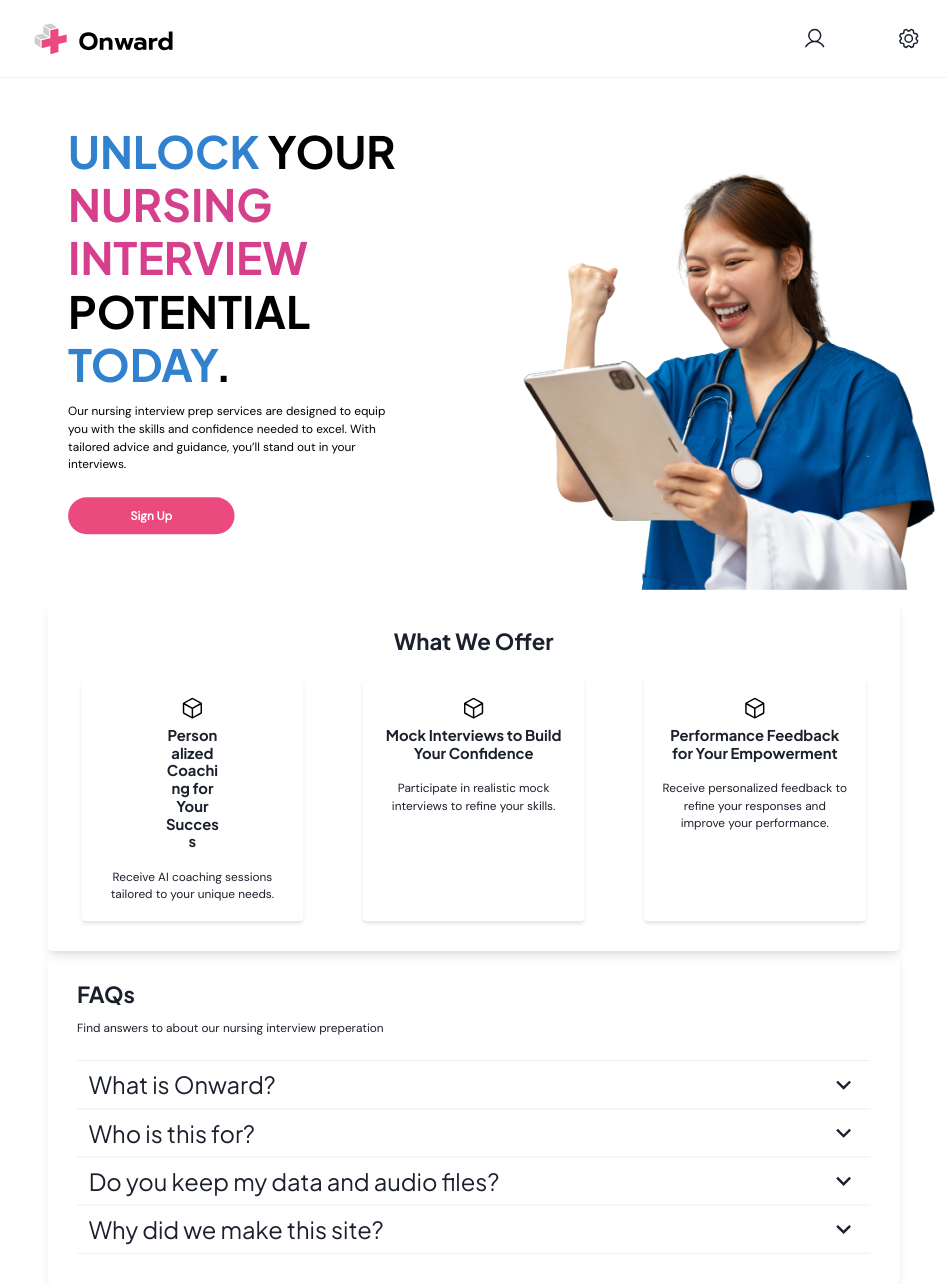
Repository: Aladdin3r/onward
Page: /landing-page
The author's editor kept a copy of each file at every save. The page is drawn from the files as they stood at one save, then again after the next save.
The browser window is 1280 px wide. The pictures show the whole page, at 74% of full size.
The project was rebuilt for these pictures with package versions that can differ from the ones it lists, and the page was loaded fresh each time. The framework's server and built-in components were replaced by stand-ins that run in the browser. Also part of the build but not shown: next.config.mjs, styles/components/AppTopNav.js, styles/components/Layout.js.

Above is the page before, as saved 2024-10-29 02:59:33.

### pages/_app.js
import { ChakraProvider } from "@chakra-ui/react";
import theme from "@/styles/theme";

function MyApp({ Component, pageProps }) {
  return (
    <ChakraProvider theme={theme}>
      <Component {...pageProps} />
    </ChakraProvider>
  );
}

export default MyApp;

### pages/_document.js
import { Html, Head, Main, NextScript } from "next/document";

export default function Document() {
  return (
    <Html lang="en">
      <Head>
        <link
          href="https://fonts.googleapis.com/css2?family=DM+Sans:wght@400&family=Plus+Jakarta+Sans:wght@400;600;700&display=swap"
          rel="stylesheet"
        />
      </Head>
      <body>
        <Main />
        <NextScript />
      </body>
    </Html>
  );
}

### pages/landing-page.js
import {
    Box,
    Flex,
    Heading,
    Text,
    Stack,
    Button,
    Accordion,
    AccordionItem,
    AccordionButton,
    AccordionPanel,
    AccordionIcon,
    Image
} from "@chakra-ui/react";
import Layout from "@/styles/components/Layout";
import TopNav from "@/styles/components/TopNav";
import AppTopNav from "@/styles/components/AppTopNav";
import { useRouter } from 'next/router';

export default function Home() {
    const router = useRouter();

    // Button action function
    const handleSignUp = () => {
        router.push('/signup'); // Navigate to the sign-up page
    };

    return (
        <>
            {/* Hero Section */}
            <TopNav />

            <Flex //hero card
                p={3}
                width="100%"
                mb={0}
                flexDirection="row"
                alignItems="center"
                justifyContent="space-between"
                gap="2rem"  // Adds a gap between text and image
            >

                <Flex //left text
                    flexDirection="column" zIndex={1}
                    ml="20"
                >
                    <Heading
                        fontFamily="heading"
                        fontSize="6xl"
                        fontWeight="bold"
                        width="88%"
                        mb={4}
                    >
                        <Text as="span" color="blue.500">UNLOCK </Text>
                        <Text as="span" color="black">YOUR </Text>
                        <Text as="span" color="pink.500">NURSING INTERVIEW </Text>
                        <Text as="span" color="black">POTENTIAL </Text>
                        <Text as="span" color="blue.500">TODAY</Text>
                        <Text as="span" color="black">. </Text>
                    </Heading>
                    <Text fontFamily="body" fontSize="x" color="black" mb={6} width="78%">
                        Our nursing interview prep services are designed to equip you with the skills and confidence needed to excel. With tailored advice and guidance, you’ll stand out in your interviews.
                    </Text>
                    <Button
                        mt="2"
                        bg="#EA4A7D"
                        color="#FFFFFF"
                        width="50%"
                        height="50px"
                        maxW="225px"
                        fontWeight="semibold"
                        fontSize="16px"
                        borderRadius="full"
                        px="6"
                        mb="6"
                    >
                        Sign Up
                    </Button>
                </Flex>

                <Box width="45%" flexShrink={0}>
                    <Image
                        src="/images/ipad-nurse.png"
                        alt="IPad Nurse"
                        width="100%"
                        height="auto"
                        objectFit="cover"

                    />
                </Box>

            </Flex>



            {/* What We Offer Section */}
            <Box p={10} textAlign="center" borderRadius="md" boxShadow="lg" maxW="90%" mx="auto" >
                <Heading fontFamily="heading" fontSize="3xl" mb={8}>What We Offer</Heading>
                <Flex justify="center" gap={20}>
                    <Stack width="300px" borderRadius="md" boxShadow="md" p={6} textAlign="center" alignItems="center">
                        <svg xmlns="http://www.w3.org/2000/svg" width="32" height="32" fill="#000000" viewBox="0 0 256 256"><path d="M223.68,66.15,135.68,18h0a15.88,15.88,0,0,0-15.36,0l-88,48.17a16,16,0,0,0-8.32,14v95.64a16,16,0,0,0,8.32,14l88,48.17a15.88,15.88,0,0,0,15.36,0l88-48.17a16,16,0,0,0,8.32-14V80.18A16,16,0,0,0,223.68,66.15ZM128,32h0l80.34,44L128,120,47.66,76ZM40,90l80,43.78v85.79L40,175.82Zm96,129.57V133.82L216,90v85.78Z"></path></svg>
                        <Heading width="30%" fontFamily="heading" fontSize="xl" mb={4}>Personalized Coaching for Your Success</Heading>
                        <Text fontFamily="body">
                            Receive AI coaching sessions tailored to your unique needs.
                        </Text>
                    </Stack>
                    <Stack width="300px" borderRadius="md" boxShadow="md" p={6} textAlign="center" alignItems="center">
                        <svg xmlns="http://www.w3.org/2000/svg" width="32" height="32" fill="#000000" viewBox="0 0 256 256"><path d="M223.68,66.15,135.68,18h0a15.88,15.88,0,0,0-15.36,0l-88,48.17a16,16,0,0,0-8.32,14v95.64a16,16,0,0,0,8.32,14l88,48.17a15.88,15.88,0,0,0,15.36,0l88-48.17a16,16,0,0,0,8.32-14V80.18A16,16,0,0,0,223.68,66.15ZM128,32h0l80.34,44L128,120,47.66,76ZM40,90l80,43.78v85.79L40,175.82Zm96,129.57V133.82L216,90v85.78Z"></path></svg>
                        <Heading fontFamily="heading" fontSize="xl" mb={4}>Mock Interviews to Build Your Confidence</Heading>
                        <Text fontFamily="body">
                            Participate in realistic mock interviews to refine your skills.
                        </Text>
                    </Stack>
                    <Stack width="300px" borderRadius="md" boxShadow="md" p={6} textAlign="center" alignItems="center">
                        <svg xmlns="http://www.w3.org/2000/svg" width="32" height="32" fill="#000000" viewBox="0 0 256 256"><path d="M223.68,66.15,135.68,18h0a15.88,15.88,0,0,0-15.36,0l-88,48.17a16,16,0,0,0-8.32,14v95.64a16,16,0,0,0,8.32,14l88,48.17a15.88,15.88,0,0,0,15.36,0l88-48.17a16,16,0,0,0,8.32-14V80.18A16,16,0,0,0,223.68,66.15ZM128,32h0l80.34,44L128,120,47.66,76ZM40,90l80,43.78v85.79L40,175.82Zm96,129.57V133.82L216,90v85.78Z"></path></svg>
                        <Heading fontFamily="heading" fontSize="xl" mb={4}>Performance Feedback for Your Empowerment</Heading>
                        <Text fontFamily="body">
                            Receive personalized feedback to refine your responses and improve your performance.
                        </Text>
                    </Stack>
                </Flex>
            </Box>

            {/* FAQ Section */}
            <Box p={10} borderRadius="md" boxShadow="lg" maxW="90%" mx="auto">
                <Heading fontFamily="heading" fontSize="3xl" textAlign="left" mb={4}>FAQs</Heading>
                <Text fontFamily="body" fontSize="s" textAlign="left" mb={8}>
                    Find answers to about our nursing interview preperation
                </Text>
                <Accordion allowToggle>
                    <AccordionItem>
                        <h2>
                            <AccordionButton>
                                <Box as="span" flex="1" textAlign="left" fontFamily="heading">What is Onward?</Box>
                                <AccordionIcon />
                            </AccordionButton>
                        </h2>
                        <AccordionPanel pb={4} fontFamily="body">
                            Onward is an AI-powered personal interview coach designed for nurses to enhance their job interview skills.
                        </AccordionPanel>
                    </AccordionItem>
                    <AccordionItem>
                        <h2>
                            <AccordionButton>
                                <Box as="span" flex="1" textAlign="left" fontFamily="heading">Who is this for?</Box>
                                <AccordionIcon />
                            </AccordionButton>
                        </h2>
                        <AccordionPanel pb={4} fontFamily="body">
                            This service is designed for nurses, especially those new to the Canadian healthcare system.
                        </AccordionPanel>
                    </AccordionItem>
                    <AccordionItem>
                        <h2>
                            <AccordionButton>
                                <Box as="span" flex="1" textAlign="left" fontFamily="heading">Do you keep my data and audio files?</Box>
                                <AccordionIcon />
                            </AccordionButton>
                        </h2>
                        <AccordionPanel pb={4} fontFamily="body">
                            Yes, we securely store data as per our privacy policy to enhance your interview coaching experience.
                        </AccordionPanel>
                    </AccordionItem>
                    <AccordionItem>
                        <h2>
                            <AccordionButton>
                                <Box as="span" flex="1" textAlign="left" fontFamily="heading">Why did we make this site?</Box>
                                <AccordionIcon />
                            </AccordionButton>
                        </h2>
                        <AccordionPanel pb={4} fontFamily="body">
                            Onward aims to empower nurses by providing interview preparation tools tailored to their needs.
                        </AccordionPanel>
                    </AccordionItem>
                </Accordion>
            </Box>
        </>
    );
}

### styles/theme.js
import { extendTheme } from "@chakra-ui/react";
import { theme as chakraTheme } from "@chakra-ui/react";
import Button from './components/Button';
import { Stepper } from "@chakra-ui/react";

const fonts = {
    ...chakraTheme.fonts,
    body: "DM Sans",
    heading: "Plus Jakarta Sans",
}

const overrides = {
    ...chakraTheme,
    fonts,
    components: {
        Button: {
            ...Button,
        },
    },
    fontWeights: {
        normal: 400,
        medium: 500,
        bold: 700,
    },
    fontSizes: {
        xxs: "14pt",
        xs: "16pt",
        sm: "20pt",
        md: "24pt",
        lg: "32pt",
    },
    colors: {
       brand: {
        blushPink: "#EA4A7D",
        pastelBlue: "#CBD5FF",
        blueberryCreme: "#EBEFFF",
        frostWhite: "#FAFAFA",
        nightBlack: "#1f1f1f",
        platinum: "#e2e2e2",
        confirmationGreen: "#61CD3D",
        imperialRed: "EA4A4D",
        canaryYellow: "#EAE84A",
        oceanBlue: "#214DDF",
        pureWhite: "#FFFFFF"
        }
    },
    styles: {
        global: {
            body: {
                bg: "frostWhite",
            },
        },
    },
}

const customTheme = extendTheme(overrides);

export default customTheme;

### styles/components/TopNav.js
'use client'
import {
    Box,
    Flex,
    useColorModeValue,
    IconButton,
    Image,
    Link,
} from "@chakra-ui/react";
import { User, Gear } from "@phosphor-icons/react";

export default function TopNav() {
    const bgColor = useColorModeValue('#fff', 'brand.nightBlack');

    return (
        <Box bg={bgColor} px={4} borderBottom="1px solid #E6EAF2">
            <Flex h={"104px"} alignItems={'center'} justifyContent={'space-between'}>
                <Box fontSize={{ base: 'md', md: 'lg' }}>
                    <Link href="/">
                        <Image src="logo.svg" boxSize="253px" alt="Onward Logo" style={{ padding: "30px" }} />
                    </Link>
                </Box>
                <Flex alignItems={'center'}>
                    <Link href="/user">
                        <IconButton
                            aria-label="User settings"
                            icon={<User />}
                            variant="ghost"
                            mr="55px"
                        />
                    </Link>
                    <Link href="/settings">
                        <IconButton
                            aria-label="Settings"
                            icon={<Gear />}
                            variant="ghost"
                        />
                    </Link>
                </Flex>
            </Flex>
        </Box>
    );
}

### styles/components/Button.js
const Button = {
    baseStyle: {
      display: 'flex',
      borderRadius: '999px',
      fontFamily: 'DM Sans',
      _hover: {
        boxShadow: '0px 4px 4px 0px rgba(0, 0, 0, 0.45)',
      },
      padding: 3,
    },
    sizes: {
      xs: {
        fontSize: ['12pt', '14pt', '16pt'], // Responsive font sizes for xs
        px: [2, 3], // Responsive padding
      },
      sm: {
        fontSize: ['14pt', '16pt', '20pt'],
        px: [2, 4],
      },
      md: {
        fontSize: ['16pt', '20pt', '24pt'],
        px: [3, 5],
      },
      lg: {
        fontSize: ['20pt', '28pt', '32pt'],
        px: [4, 6],
      },
    },
    variants: {
      lgPrimary: {
        bg: 'brand.blushPink',
        color: 'brand.frostWhite',
        width: ['100%', '325px'], // 100% width on smaller screens
        height: '72px',
        fontSize: ['20pt', '28pt', '32pt'], // Responsive font size
        borderRadius: '999px',
      },
      mdPrimary: {
        bg: 'brand.blushPink',
        color: 'brand.frostWhite',
        width: ['100%', '225px'],
        height: '72px',
        fontSize: ['16pt', '20pt', '24pt'],
        borderRadius: '999px',
      },
      smPrimary: {
        bg: 'brand.blushPink',
        color: 'brand.frostWhite',
        width: ['100%', '150px'],
        height: '64px',
        fontSize: ['14pt', '16pt', '20pt'],
        borderRadius: '999px',
      },
      xsPrimary: {
        bg: 'brand.blushPink',
        color: 'brand.frostWhite',
        width: ['100%', '117px'],
        height: '32px',
        fontSize: ['12pt', '14pt', '18pt'],
        borderRadius: '999px',
      },
      lgSecondary: {
        bg: 'brand.platinum',
        color: 'brand.nightBlack',
        width: ['100%', '325px'],
        height: '72px',
        fontSize: ['20pt', '28pt', '32pt'],
        borderRadius: '999px',
        _hover: {
          bg: 'brand.blushPink',
          color: 'brand.frostWhite',
          boxShadow: '0px 4px 4px 0px rgba(0, 0, 0, 0.45)',
        },
      },
      mdSecondary: {
        bg: 'brand.platinum',
        color: 'brand.nightBlack',
        width: ['100%', '225px'],
        height: '72px',
        fontSize: ['16pt', '20pt', '24pt'],
        borderRadius: '999px',
        _hover: {
          bg: 'brand.blushPink',
          color: 'brand.frostWhite',
          boxShadow: '0px 4px 4px 0px rgba(0, 0, 0, 0.45)',
        },
      },
      smSecondary: {
        bg: 'brand.platinum',
        color: 'brand.nightBlack',
        width: ['100%', '150px'],
        height: '64px',
        fontSize: ['14pt', '16pt', '20pt'],
        borderRadius: '999px',
        _hover: {
          bg: 'brand.blushPink',
          color: 'brand.frostWhite',
          boxShadow: '0px 4px 4px 0px rgba(0, 0, 0, 0.45)',
        },
      },
      xsSecondary: {
        bg: 'brand.platinum',
        color: 'brand.nightBlack',
        width: ['100%', '117px'],
        height: '32px',
        fontSize: ['12pt', '14pt', '18pt'],
        borderRadius: '999px',
        _hover: {
          bg: 'brand.blushPink',
          color: 'brand.frostWhite',
          boxShadow: '0px 4px 4px 0px rgba(0, 0, 0, 0.45)',
        },
      },
    },
  };

  export default Button;

### styles/components/SideNav.js
import { useState } from "react";
import PropTypes from "prop-types";
import Link from "next/link";
import { Box, Flex, Text, VStack, Image } from "@chakra-ui/react";
import { ChalkboardTeacher, ClockCounterClockwise, UserSound, Presentation, User, Gear } from "@phosphor-icons/react";

// Define each variant and associated icon, label, and path(s)
const variants = {
  default: {
    label: "Dashboard",
    icon: <UserSound size={32} />,
    path: "/"
  },
  variant2: {
    label: "Mock Interview",
    icon: <ChalkboardTeacher size={32} />,
    path: "/mock-interview"
  },
  variant3: {
    label: "Practice Interview",
    icon: <Presentation size={32} />,
    path: [
      "/practice-interview",
      "/practice-interview-filter",
      "/practice-interview-questions",
      "/practice-interview-answer",
      "/practice"
    ]
  },
  variant4: {
    label: "History",
    icon: <ClockCounterClockwise size={32} />,
    path: "/history"
  },
};

// Define the bottom section items with default values
const defaultBottomVariants = {
  account: {
    label: "Account",
    icon: <User size={18} />,
    path: "/account"
  },
  settings: {
    label: "Settings",
    icon: <Gear size={18} />,
    path: "/settings"
  },
  signOut: {
    label: "Sign Out",
    icon: null,
    path: "/"
  }
};

// Main SideNavBar component
export const SideNavBar = ({ activeVariant, bottomVariants = defaultBottomVariants }) => {
  return (
    <Flex
      bg="brand.blueberryCreme"
      height="100vh"
      width="280px"
      position="fixed"
      flexDir="column"
    >
      {/* logo box */}
      <Box fontSize={{ base: 'sm', md: 'md' }} mt="1rem">
        <Link href="/">
          <Image src="logo.svg" alt="Onward Logo" style={{ padding: "0.6rem" }} width="100%" />
        </Link>
      </Box>

      {/* nav menu */}
      <Box mt="1.5rem" overflow="hidden">
        <VStack align="flex-start" spacing={2} width="100%" ml="10%">
          {variants && Object.keys(variants).map((variant) => {
            const isActive = activeVariant === variant;
            return (
              <Link href={Array.isArray(variants[variant].path) ? variants[variant].path[0] : variants[variant].path} key={variant} passHref>
                <Flex
                  align="center"
                  cursor="pointer"
                  width="280px"
                  bg={isActive ? "brand.blushPink" : "none"} // Active background
                  color={isActive ? "brand.frostWhite" : "initial"} // Active text color
                  p={3}
                  borderLeftRadius="26px"
                  transition="transform 0.5s ease-in-out, background-color 0.4s, color 0.4s"
                  _hover={{
                    bg: "brand.blushPink",
                    color: "brand.frostWhite",
                    borderRadius: "26px 0 0 26px",
                    transition: "background-color 0.3s, transform 0.3s",
                  }}
                >
                  <Box pl={isActive ? "5rem" : 0} mr={4}>
                    {variants[variant].icon}
                  </Box>
                  <Text fontFamily="body" fontSize="18px" fontWeight="bold">
                    {variants[variant].label}
                  </Text>
                </Flex>
              </Link>
            );
          })}
        </VStack>
      </Box>

      {/* Bottom Section for Account, Settings, and Sign Out Links */}
      <Box mb={2} mt="13rem" width="100%">
        <VStack width="100%" align="flex-end">
          {bottomVariants && Object.keys(bottomVariants).map((variant) => {
            const isActive = activeVariant === variant;
            return (
              <Link
                href={bottomVariants[variant].path}
                key={variant}
                passHref
              >
                <Flex
                  align="center"
                  cursor="pointer"
                  width="100%"
                  height="1.3rem"
                  bg={isActive ? "brand.blushPink" : "none"} // Active background
                  color={isActive ? "brand.frostWhite" : "initial"} // Active text color
                  borderRadius="md"
                  pr="1.5rem"
                  transition="transform 0.3s ease-in-out, background-color 0.3s, color 0.3s"
                  _hover={{
                    color: "brand.blushPink",
                    borderRadius: "26px 0 0 26px",
                    transition: "background-color 0.3s, transform 0.3s",
                  }}
                >

                  <Box mr={3}>
                    {bottomVariants[variant].icon}
                  </Box>
                  <Text fontFamily="body" fontSize="18px" fontWeight="regular" textAlign="left"
                    textDecoration={variant === 'signOut' ? 'underline' : 'none'}
                  >
                    {bottomVariants[variant].label}
                  </Text>
                </Flex>
              </Link>
            );
          })}
        </VStack>
      </Box>
    </Flex>
  );
};

SideNavBar.propTypes = {
  activeVariant: PropTypes.oneOf(["variant4", "variant2", "variant3", "default"]),
  bottomVariants: PropTypes.object, // Define bottomVariants as an optional object
};

SideNavBar.defaultProps = {
  bottomVariants: {},
};

After the next save:
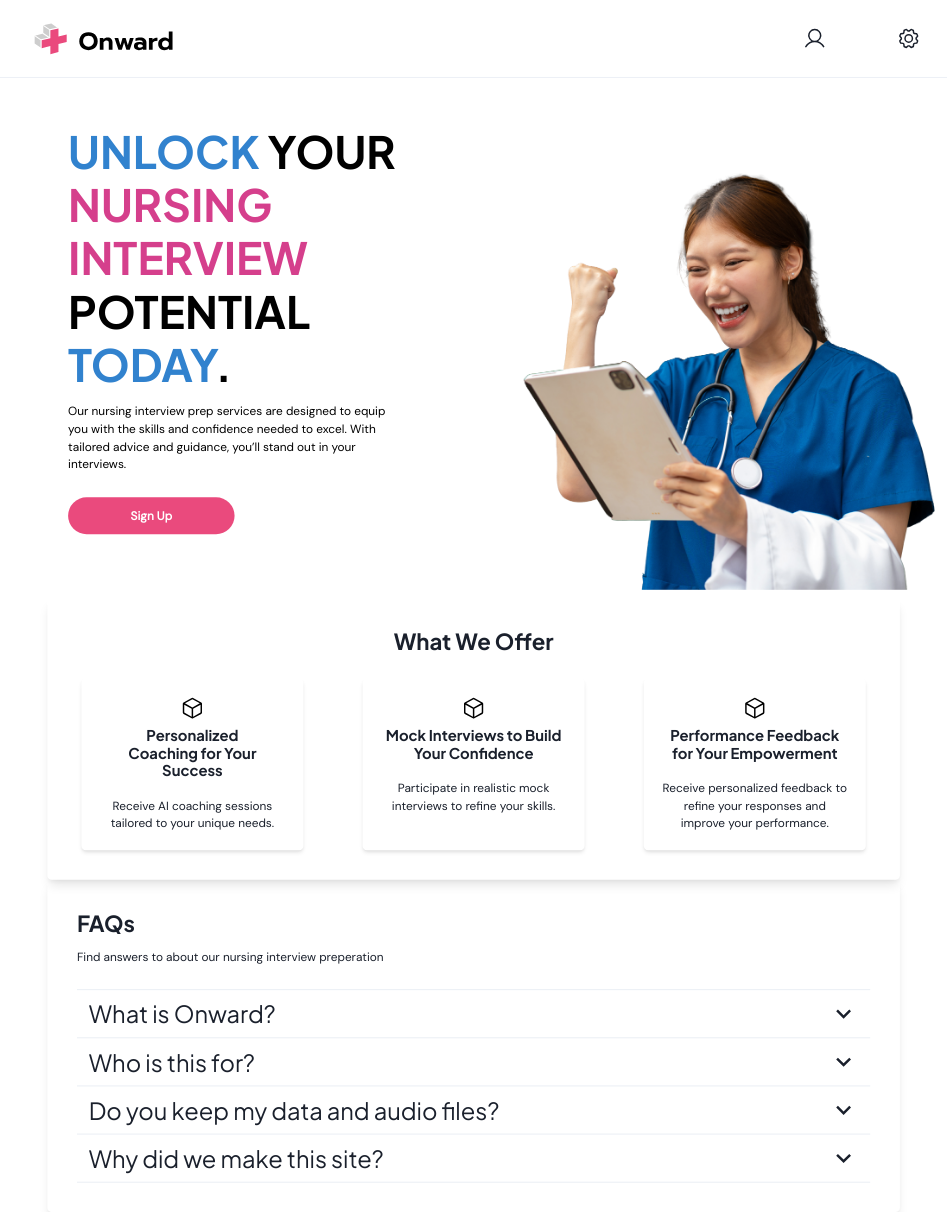
Saved 5 s later.
--- a/pages/landing-page.js
+++ b/pages/landing-page.js
@@ -99,7 +99,7 @@ export default function Home() {
                 <Flex justify="center" gap={20}>
                     <Stack width="300px" borderRadius="md" boxShadow="md" p={6} textAlign="center" alignItems="center">
                         <svg xmlns="http://www.w3.org/2000/svg" width="32" height="32" fill="#000000" viewBox="0 0 256 256"><path d="M223.68,66.15,135.68,18h0a15.88,15.88,0,0,0-15.36,0l-88,48.17a16,16,0,0,0-8.32,14v95.64a16,16,0,0,0,8.32,14l88,48.17a15.88,15.88,0,0,0,15.36,0l88-48.17a16,16,0,0,0,8.32-14V80.18A16,16,0,0,0,223.68,66.15ZM128,32h0l80.34,44L128,120,47.66,76ZM40,90l80,43.78v85.79L40,175.82Zm96,129.57V133.82L216,90v85.78Z"></path></svg>
-                        <Heading width="30%" fontFamily="heading" fontSize="xl" mb={4}>Personalized Coaching for Your Success</Heading>
+                        <Heading width="80%" fontFamily="heading" fontSize="xl" mb={4}>Personalized Coaching for Your Success</Heading>
                         <Text fontFamily="body">
                             Receive AI coaching sessions tailored to your unique needs.
                         </Text>
